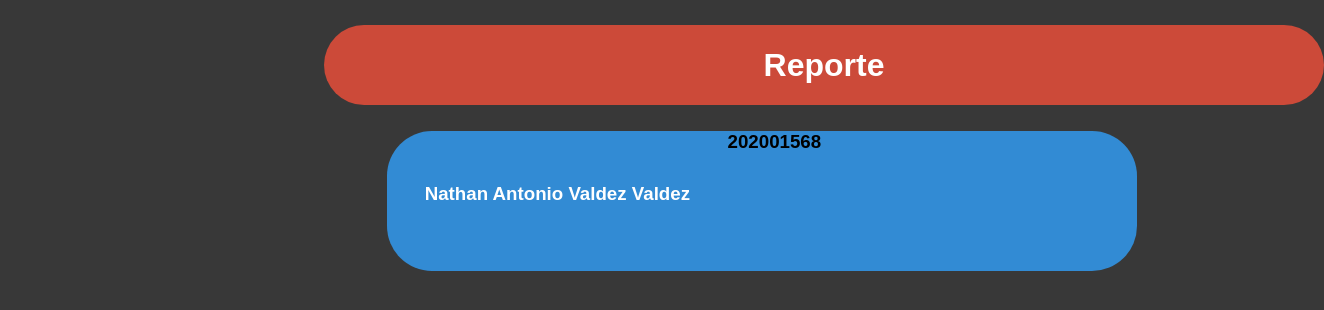
Repository: nathanvdev/LFP_PR_202001568
Page: plantilla.html
An editor plug-in stored every save of this project. The page is shown before and after the next save, followed by the edit.
The browser window is 1280 px wide. The page is 1324 px wide, so the pictures cover 1324 px, including what lies to the right of the window. The pictures show the whole page.

Above is the page before, as saved 2022-02-19 18:53:19.

After the next save:
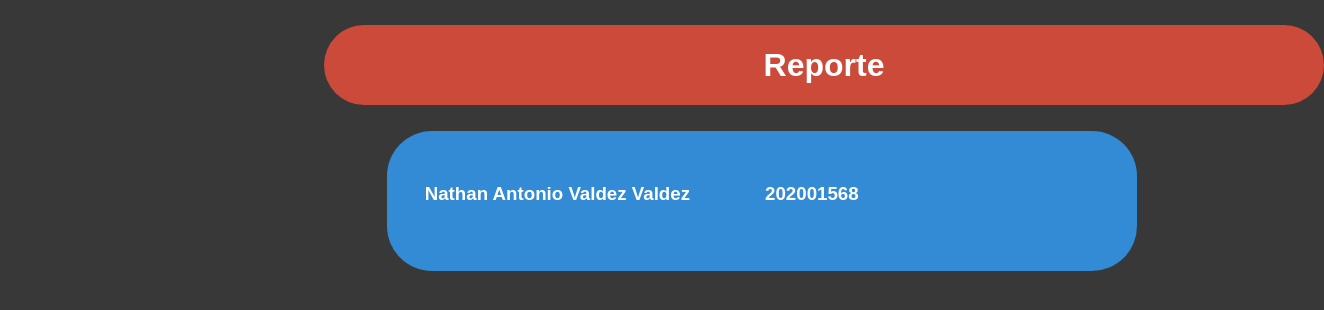
Saved 11 s later.
--- a/plantilla.html
+++ b/plantilla.html
@@ -42,7 +42,8 @@
         padding-top: 15px; margin: 5%; float: left;">
             Nathan Antonio Valdez Valdez
         </h3>
-        <h3 >
+        <h3 style="color: white;
+        padding-top: 15px; margin: 5%; float: left;">
             202001568
         </h3>
     </div>
